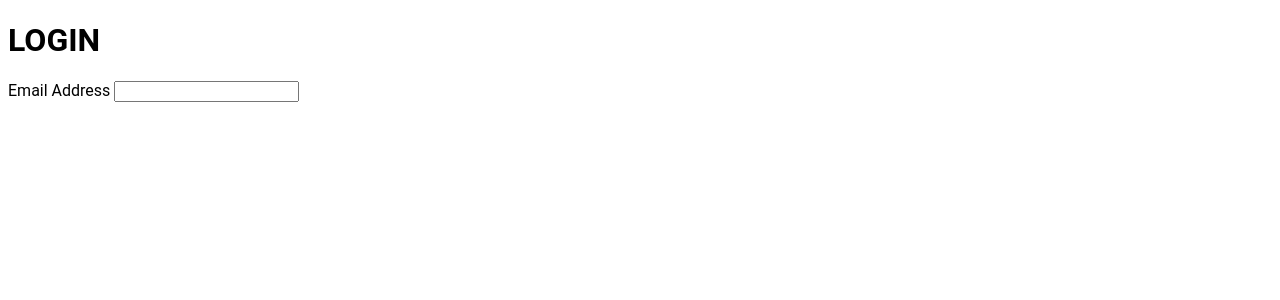
Repository: zjria/Bootstrap_logIn_1
Page: LoginPage/index.html
These files come from the project's save history. The page is drawn as it stood at one moment and after the next save; the edit follows.
The browser window is 1280 px wide. The pictures show the whole page.

Above is the page before, as saved 2022-06-10 09:20:38.

### LoginPage/index.html
<!DOCTYPE html>
<html lang="en">
<head>
    <meta charset="UTF-8">
    <meta http-equiv="X-UA-Compatible" content="IE=edge">
    <meta name="viewport" content="width=device-width, initial-scale=1.0">
    <title>LogIn Page</title>
    <!-- Bootstrap CDN Link -->
    <link rel="stylesheet" href="https://cdnjs.cloudflare.com/ajax/libs/bootstrap/5.2.0-beta1/js/bootstrap.min.js">

    <!-- Google Font -->
    <link rel="preconnect" href="https://fonts.googleapis.com">
    <link rel="preconnect" href="https://fonts.gstatic.com" crossorigin>
    <!-- Custom Css -->
    <link rel="stylesheet" href="style.css">
</head>
<body>
    <div class="global-container">
        <div class="card login-form">
            <div class="card-body">
                <h1 class="card-body text-center">LOGIN</h1>
                <div class="card-text">
                    <form action="#">
                        <div class="form-group">
                            <label for="exampleInputEmail1">Email Address</label>
                            <input type="email" class="form-control form-control-sm" id="exampleInputEmail1">
                        </div>
                    </form>
                </div>
            </div>
        </div>
    </div>


</body>
</html>

Loaded but not shown: LoginPage/style.css (common file)

After the next save:
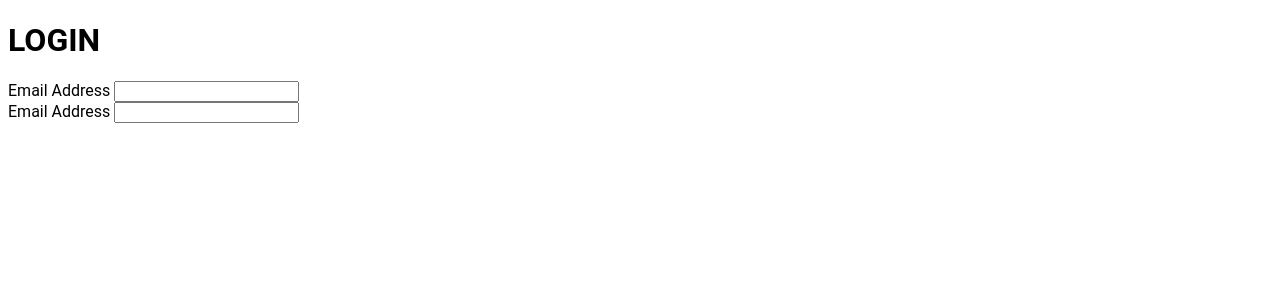
Saved 27 s later.
--- a/LoginPage/index.html
+++ b/LoginPage/index.html
@@ -25,6 +25,10 @@
                             <label for="exampleInputEmail1">Email Address</label>
                             <input type="email" class="form-control form-control-sm" id="exampleInputEmail1">
                         </div>
+                        <div class="form-group">
+                            <label for="exampleInputEmail1">Email Address</label>
+                            <input type="email" class="form-control form-control-sm" id="exampleInputEmail1">
+                        </div>
                     </form>
                 </div>
             </div>
